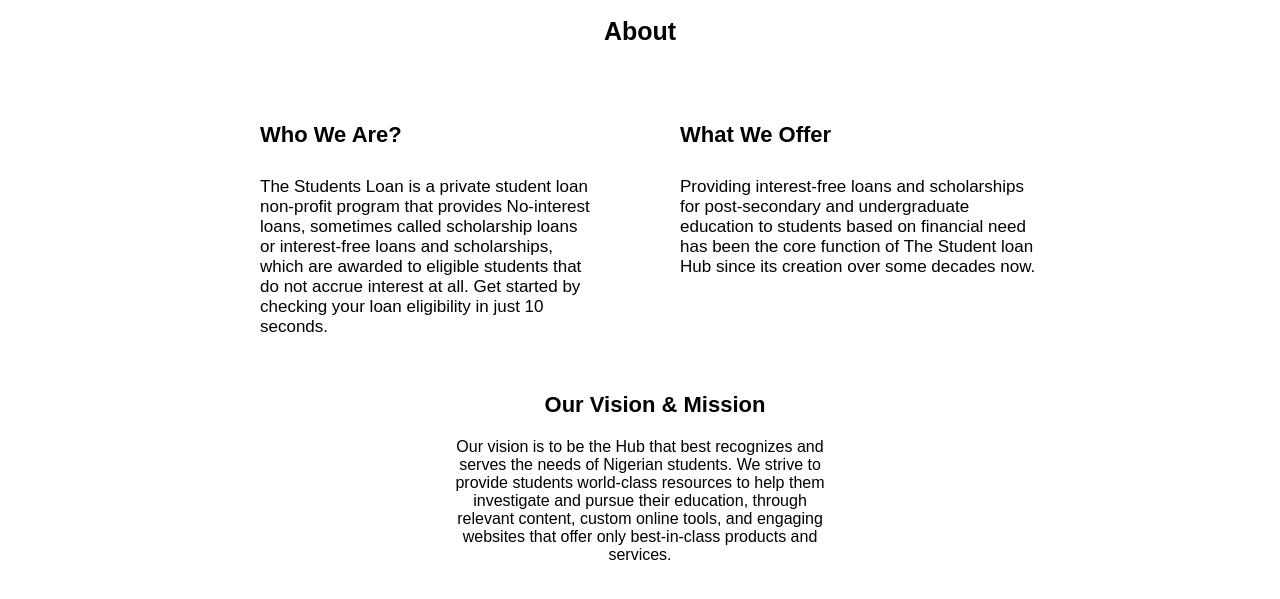
Repository: Tobby004/basic-loanweb
Page: about.html
An editor plug-in stored every save of this project. The page is shown before and after the next save, followed by the edit.
The browser window is 1280 px wide. The pictures show the whole page.

Above is the page before, as saved 2023-07-05 10:18:00.

After the next save:
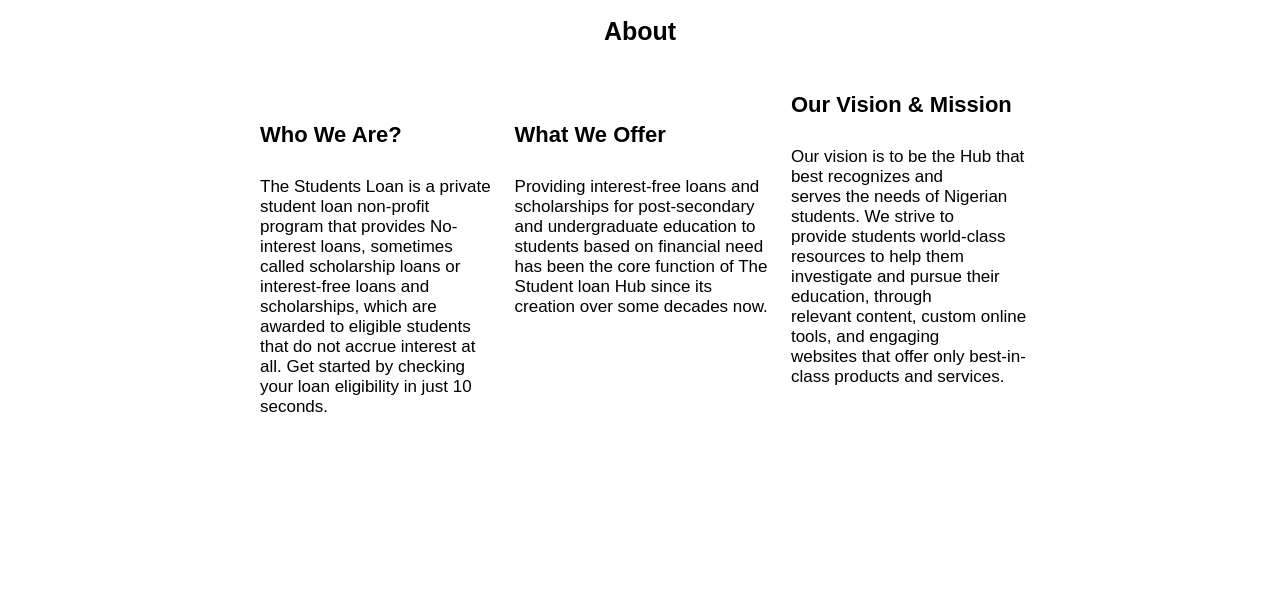
Saved 11 min 1 s later.
--- a/about.html
+++ b/about.html
@@ -18,8 +18,7 @@
         <h4>What We Offer</h4>
         <p>Providing interest-free loans and scholarships for post-secondary and undergraduate education to students based on financial need has been the core function of The Student loan Hub since its creation over some decades now.</p>
     </div>
-    </div>
-    <div class="box">
+    <div class="box-3">
         <h4>Our Vision & Mission</h4>
         <p>Our vision is to be the Hub that best recognizes and <br>
             serves the needs of Nigerian students. We strive to <br>
@@ -28,6 +27,6 @@
              relevant content, custom online tools, and engaging <br>
              websites that offer only best-in-class products and services.</p>
     </div>
-
+    </div>
 </body>
 </html>
--- a/about.css
+++ b/about.css
@@ -42,23 +42,12 @@ h1 {
     font-size: 17px;
     font-family: sans-serif;
 }
-.box{
-    margin: auto;
+.box-3{
     height: 220px;
     width: 370px;
     background: #ffffff;
 }
-.box h4 {
-    margin-bottom:20px;
-    text-align: center;
-    font-size: 22px;
-    margin-left: 30px;
-    font-family: sans-serif;
-}
-.box p {
-    text-align: center;
-    font-family: sans-serif;
-}
+
 
 
 
@@ -88,7 +77,7 @@ h1 {
         height: 150px;
         width: 30%;
    }
-  .box h4 {
+   h4 {
     font-size: 18px;
     line-height: 20px;
   }
